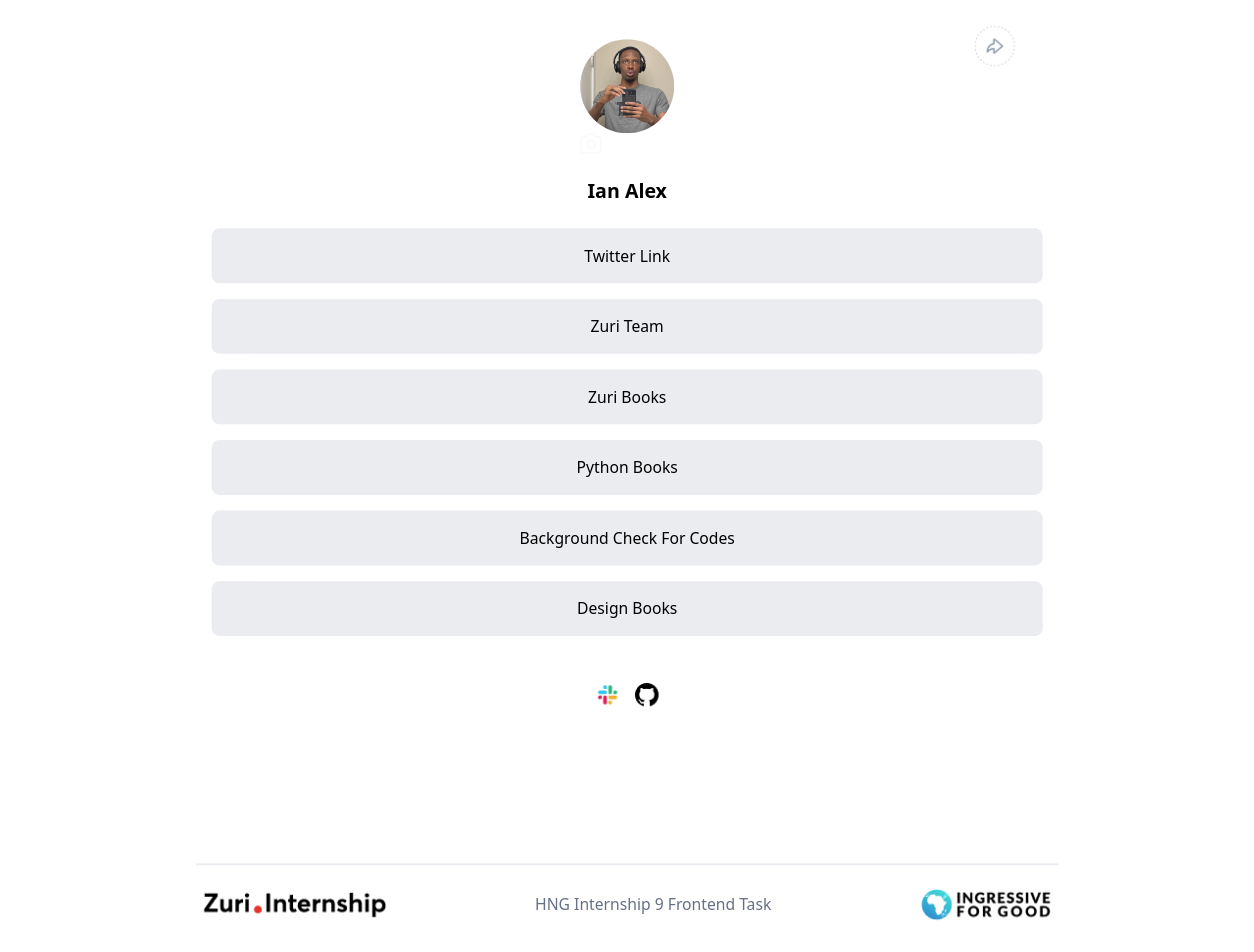
Repository: nonso7/hng9
Page: /
The author's editor kept a copy of each file at every save. The page is drawn from the files as they stood at one save, then again after the next save.
The browser window is 1280 px wide. The pictures show the whole page, at 98% of full size.
The project was rebuilt for these pictures with package versions that can differ from the ones it lists, and the page was loaded fresh each time. Also part of the build but not shown: vite.config.js.

Above is the page before, as saved 2022-10-27 12:32:06.

### src/main.jsx
import React from "react";
import ReactDOM from "react-dom/client";
import App from "./App";
import "./styles/tailwind.css";

ReactDOM.createRoot(document.getElementById("root")).render(
  <React.StrictMode>
    <App />
  </React.StrictMode>
);

### src/App.jsx
import React from "react";
import Header from "./Header";
import Links from "./Links";
import Socials from "./Socials";
import Footer from "./Footer";

const App = () => {
  return (
    <div className="">
      <Header />
      <Links />
      <Socials />
      <Footer />
    </div>
  );
};

export default App;

### src/styles/tailwind.css
@tailwind base;
@tailwind components;
@tailwind utilities;

* {
  margin: 0;
  padding: 0;
  border-box: box-sizing;
}

### src/Header.jsx
import React from "react";

const Header = () => {
  return (
    <section className="p-6">
      {/* image contaiber */}
      <div className=" flex justify-center mt-8 relative md:mt-4">
        <div className="flex flex-col space-y-6 items-center">
          <div className="img-container">
            <img
              id="profile__img"
              className="h-24 w-24 rounded-full"
              src="/images/IMG-1295.jpg"
              alt="profile picture"
            />
            <img classname="camera" src="/images/Photo-Icon.png" alt="" />
          </div>
          <p id="twitter" className="text-xl font-bold">
            Ian Alex
          </p>
        </div>
        {/* <p id="slack" className="text-xl font-bold">
          Ik-Alex
        </p> */}
        <div className="hidden absolute md:right-[130px] lg:right-[220px] md:top-[-14px] md:block">
          <img src="/images/_Avatar share button full.png" alt="" />
        </div>
      </div>
      {/* mobile image */}
      <div className=" absolute right-[30px] top-[40px]  md:hidden">
        <img src="/images/_Avatar share button.png" alt="" />
      </div>
    </section>
  );
};

export default Header;

### src/Links.jsx
import React from "react";
import Data from "./Data";

const Links = () => {
  return (
    <section className="">
      <div className=" mx-auto container px-8 md:px-16">
        {Data.map((info) => {
          return (
            <a
              id={info.keyId}
              className="block bg-darkGrey rounded-lg text-center mb-4  py-4 px-6 md:px-8 hover:cursor-pointer hover:bg-lightGrey"
              href={info.link}
            >
              {info.title}
            </a>
          );
        })}
      </div>
    </section>
  );
};

export default Links;

### src/Socials.jsx
import React from "react";

const Socials = () => {
  return (
    <section className="mx-auto container px-8 py-8 md:px-16 md:pb-32">
      <div className="flex flex-row space-x-4 items-center justify-center ">
        <div className="">
          <img src="/images/slack.png" alt="" />
        </div>
        <div className="">
          <img src="/images/Icon.png" alt="" />
        </div>
      </div>
    </section>
  );
};

export default Socials;

### src/Footer.jsx
import React from "react";

const Footer = () => {
  return (
    <footer className="mx-auto container px-4 py-8 md:px-12">
      <div className="flex flex-col space-y-6 items-start pt-6 px-2 border-t-2 border-darkGrey md:flex-row md:justify-between md:items-center md:space-y-0">
        <div className="relative">
          <div className="">
            <img src="/images/Vector.png" alt="" />
          </div>
          <div className="absolute left-[51px] bottom-1">
            <img src="/images/Vectordot.png" alt="" />
          </div>
        </div>
        <p className="text-lightGrey">HNG Internship 9 Frontend Task</p>
        <div className="">
          <img src="/images/I4G.png" alt="" />
        </div>
      </div>
    </footer>
  );
};

export default Footer;

### src/Data.jsx
const Data = [
  {
    keyId: "twitter_id",
    title: "Twitter Link",
    link: "https://twitter.com/ik_again",
  },
  {
    keyId: "btn__zuri",
    title: "Zuri Team",
    link: "https://training.zuri.team/",
  },
  {
    keyId: "books",
    title: "Zuri Books",
    link: "http://books.zuri.team/",
  },
  {
    keyId: "book_python",
    title: "Python Books",
    link: "http://books.zuri.team/python-for-beginners?ref_id=<Ik-Alex>",
  },
  {
    keyId: "pitch",
    title: "Background Check For Codes",
    link: "https://background.zuri.team/",
  },
  {
    keyId: "book_design",
    title: "Design Books",
    link: "https://books.zuri.team/design-rules",
  },
];
export default Data;

### tailwind.config.cjs
/** @type {import('tailwindcss').Config} */
module.exports = {
  content: ["./src/**/*.{jsx,js}"],
  theme: {
    screens: {
      sm: "480px",
      md: "768px",
      lg: "976px",
      xl: "1440px",
    },
    extend: {
      colors: {
        darkGrey: "hsl(220, 17%, 93%)",
        lightGrey: "hsl(221, 13%, 46%)",
      },
    },
  },
  plugins: [],
};

Loaded but not shown: index.html (common file)

After the next save:
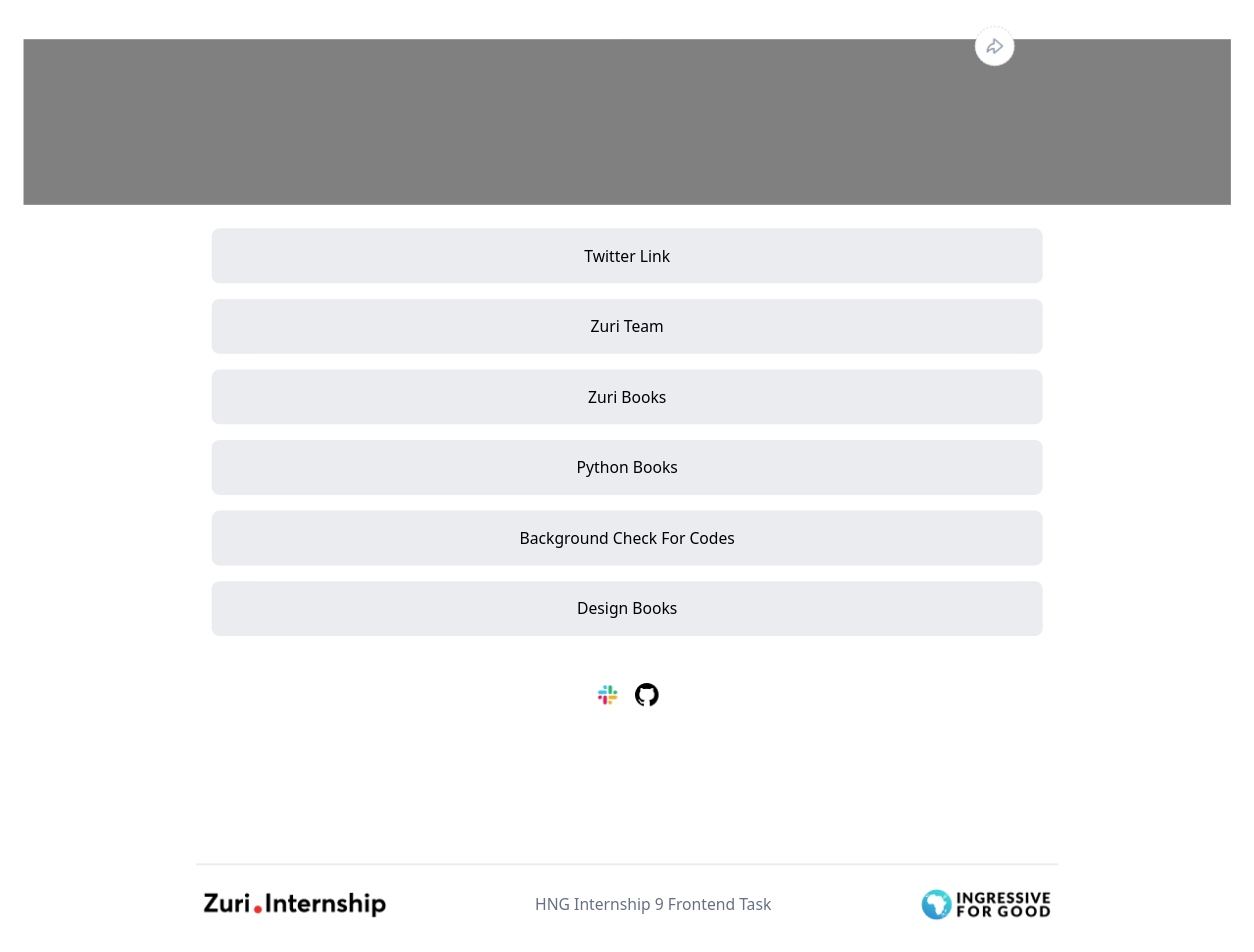
Saved 1 s later.
--- a/src/styles/tailwind.css
+++ b/src/styles/tailwind.css
@@ -7,3 +7,14 @@
   padding: 0;
   border-box: box-sizing;
 }
+
+.img-container::after {
+  position: absolute;
+  content: "";
+  width: 100%;
+  top: 0;
+  left: 0;
+  right: 0;
+  bottom: 0;
+  background-color: gray;
+}

After the save that followed:
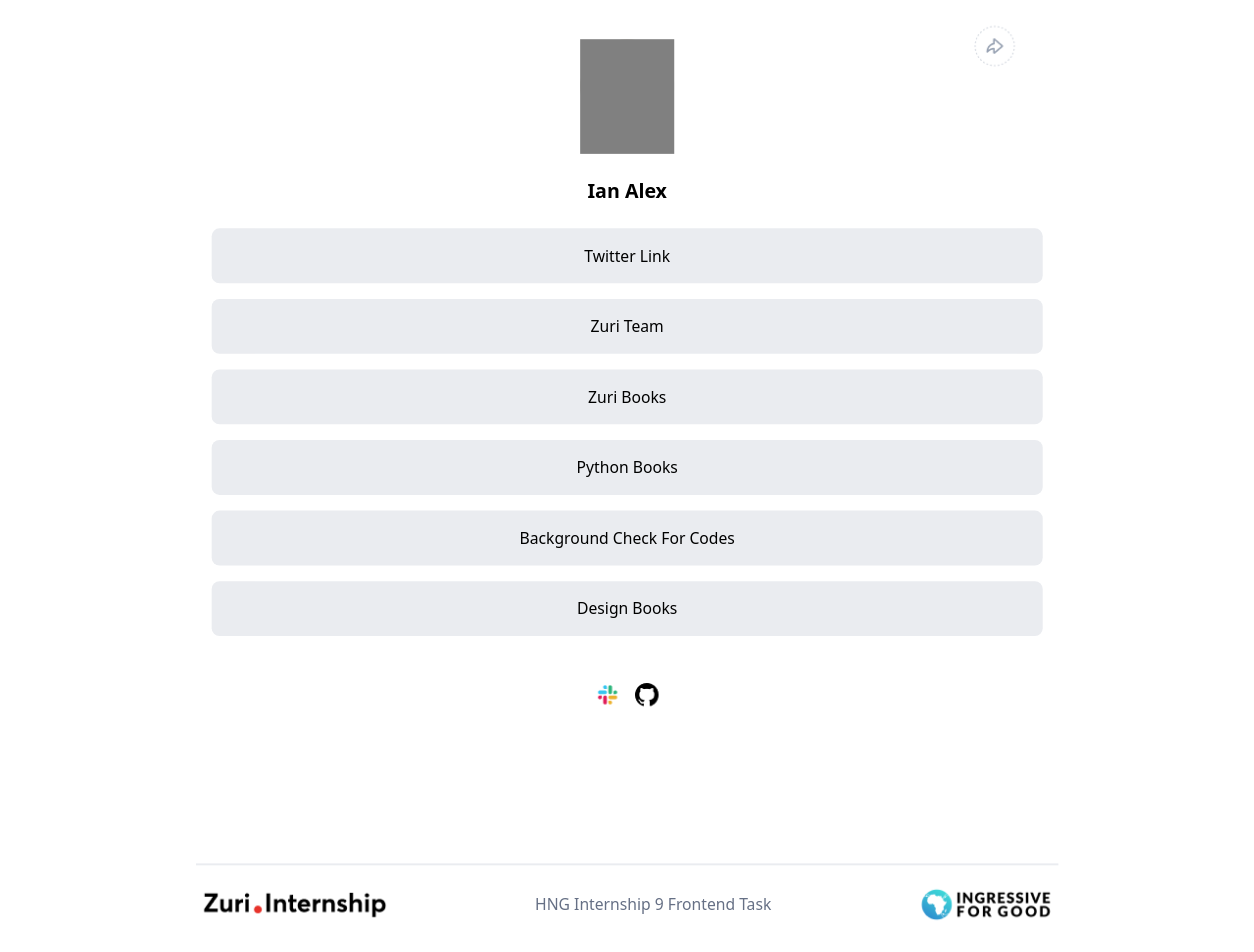
Saved 96 s later.
--- a/src/styles/tailwind.css
+++ b/src/styles/tailwind.css
@@ -18,3 +18,7 @@
   bottom: 0;
   background-color: gray;
 }
+
+.img-container {
+  position: relative;
+}
